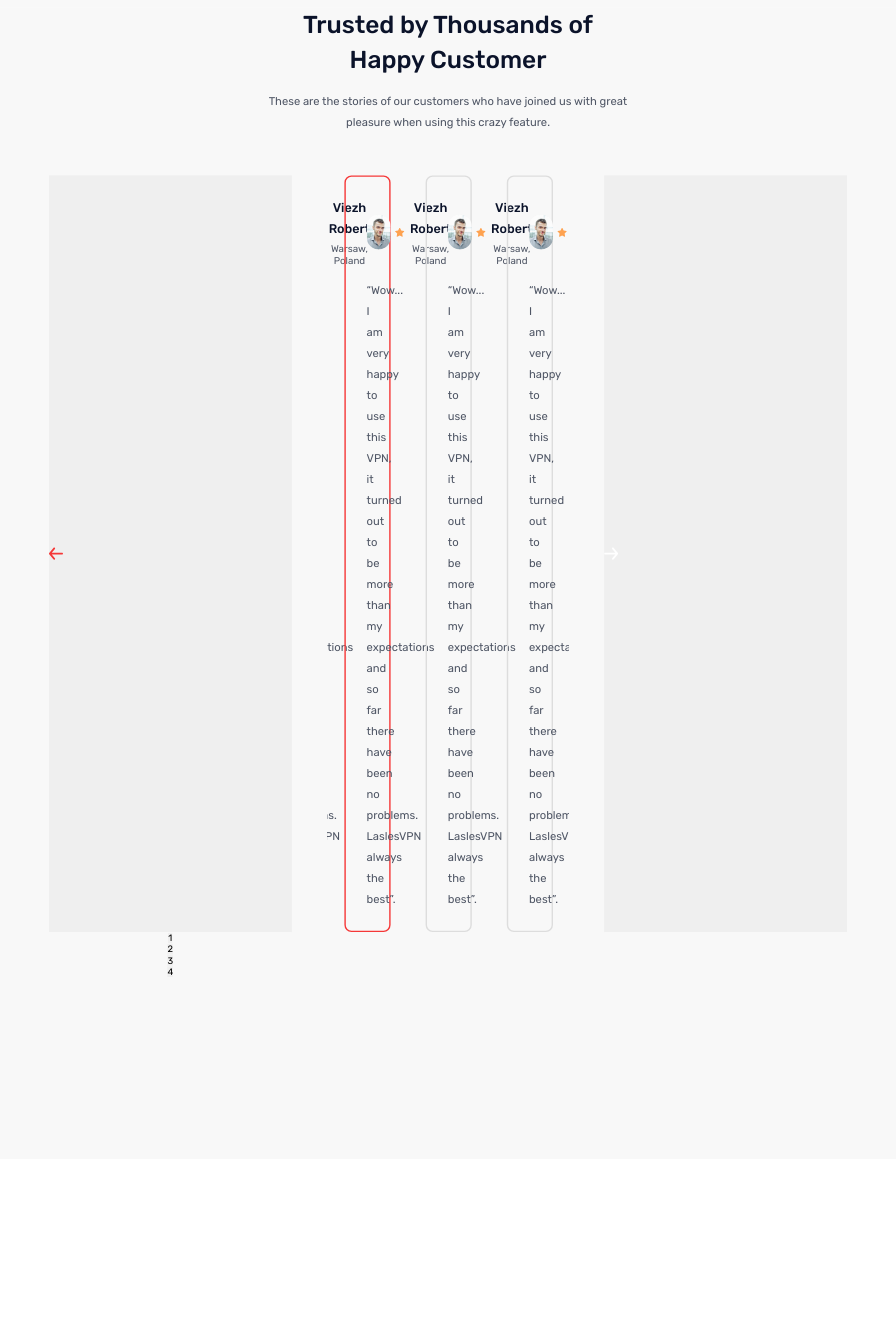
Repository: dangpham205/LaslesVPN-Landing-Page
Page: index.html
An editor plug-in stored every save of this project. The page is shown before and after the next save, followed by the edit.
The browser window is 1280 px wide. The pictures show the part of the page from y = 3742 to 5662 px (the page is 6067 px tall before and 5584 px after), at 70% of full size.
Some web libraries are served in a nearby version.

Above is the page before, as saved 2022-07-20 20:37:43.

After the next save:
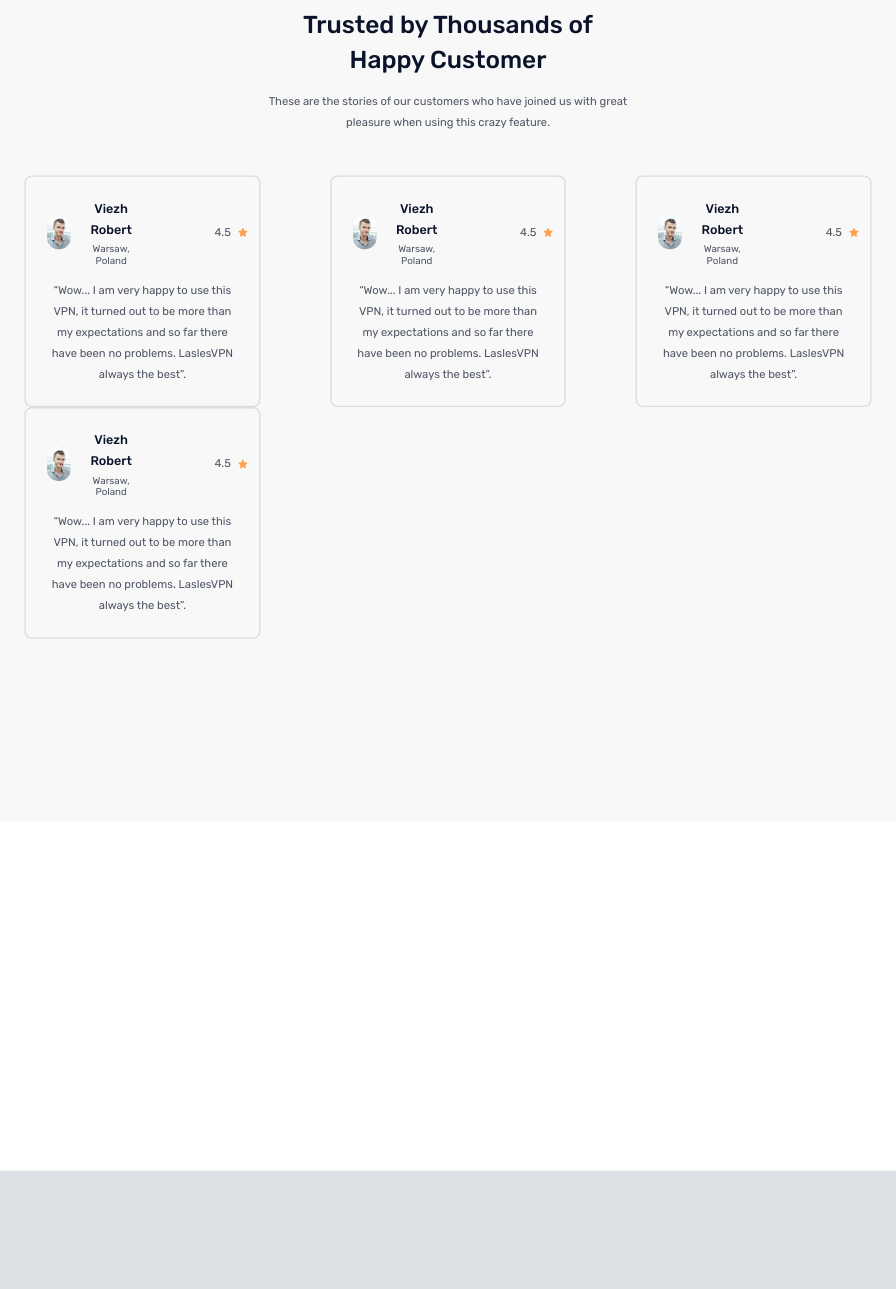
Saved 13 s later.
--- a/index.html
+++ b/index.html
@@ -371,6 +371,6 @@
       type="text/javascript"
       src="https://cdn.jsdelivr.net/npm/slick-carousel@1.8.1/slick/slick.min.js"
     ></script>
-    <script src="./script/app.js"></script>
+    <!-- <script src="./script/app.js"></script> -->
 </body>
 </html>
